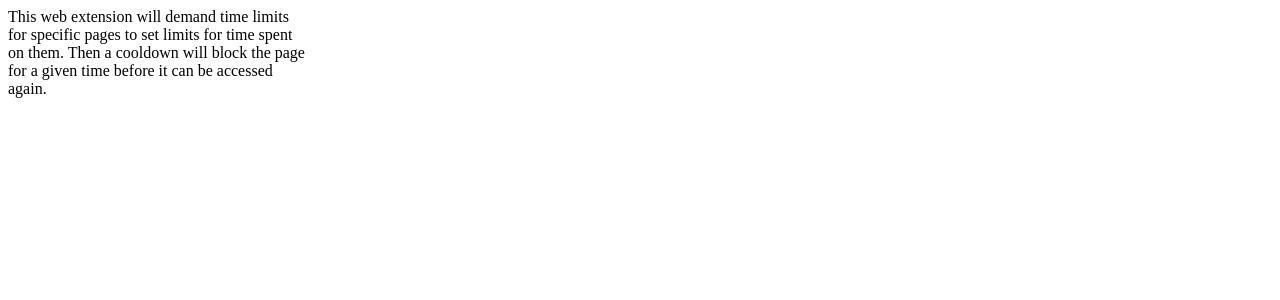
Repository: AndrlmMass/Time-management-chrome-extension
Page: popup.html
The author's editor kept a copy of each file at every save. The page is drawn from the files as they stood at one save, then again after the next save.
The browser window is 1280 px wide. The pictures show the whole page.
Some web fonts or font styles are not loaded; a fallback is used.

Above is the page before, as saved 2023-08-22 15:07:52.

After the next save:
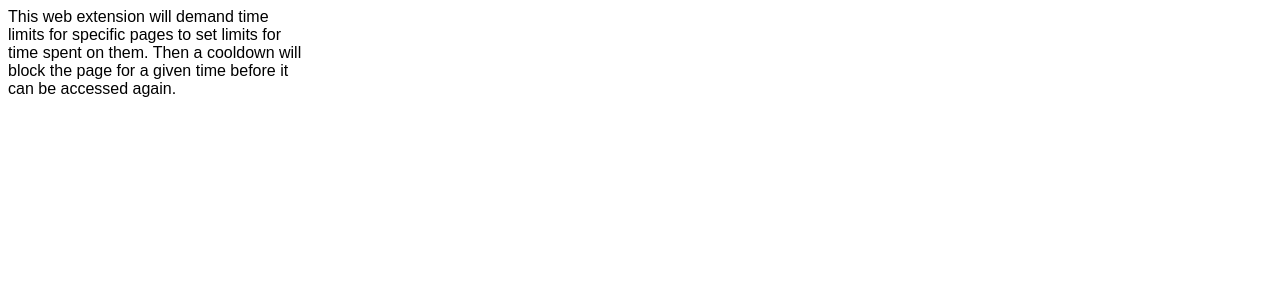
Saved 38 s later.
--- a/popup.html
+++ b/popup.html
@@ -10,3 +10,6 @@
   <script src="popup.js"></script>
 </body>
 </html>
+
+<title>Popup</title>
+  <link rel="stylesheet" type="text/css" href="styles.css"> <!-- Link to your CSS file -->
